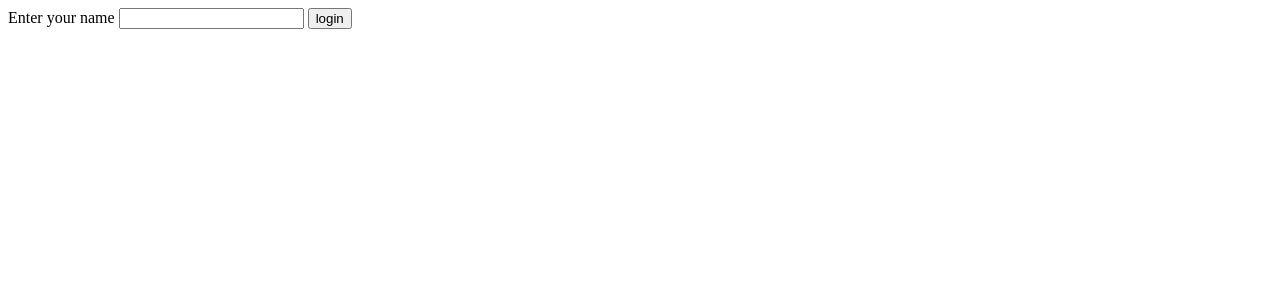
Repository: codelifee/spring-mvc-project
Page: http://localhost/springmvc/
These files come from the project's save history. The page is drawn as it stood at one moment and after the next save; the edit follows.
The browser window is 1280 px wide. The pictures show the whole page.
The page is served by Tomcat 9. Other server files are loaded and not shown.

Above is the page before, as saved 2020-11-12 10:21:24.

### springmvc/src/main/webapp/WEB-INF/views/login.jsp
<%@ page language="java" contentType="text/html; charset=EUC-KR"
    pageEncoding="EUC-KR"%>
<!DOCTYPE html>
<html>
<head>
<meta charset="EUC-KR">
<title>Yahoo from JSP</title>
</head>
<body>
<form action="/login.do" method="post">
Enter your name <input type="text" name="name" /> <input type="submit" value="login"/>
</form>
</body>
</html>

### springmvc/src/main/java/com/codelifee/jee/LoginServlet.java
package com.codelifee;

import java.io.IOException;
import java.io.PrintWriter;

import javax.servlet.ServletException;
import javax.servlet.annotation.WebServlet;
import javax.servlet.http.HttpServlet;
import javax.servlet.http.HttpServletRequest;
import javax.servlet.http.HttpServletResponse;

@WebServlet(urlPatterns = "/login.do")
public class LoginServlet extends HttpServlet{

	  protected void doGet(HttpServletRequest request,
			  HttpServletResponse response)
					  throws ServletException, IOException {

		  request.getRequestDispatcher("/WEB-INF/views/login.jsp").forward(request, response);
	  }

	  protected void doPost(HttpServletRequest request,
			  HttpServletResponse response)
					  throws ServletException, IOException {
		  request.setAttribute("name", request.getParameter("name"));
		  request.getRequestDispatcher("/WEB-INF/views/welcome.jsp").forward(request, response);
	  }


}

After the next save:
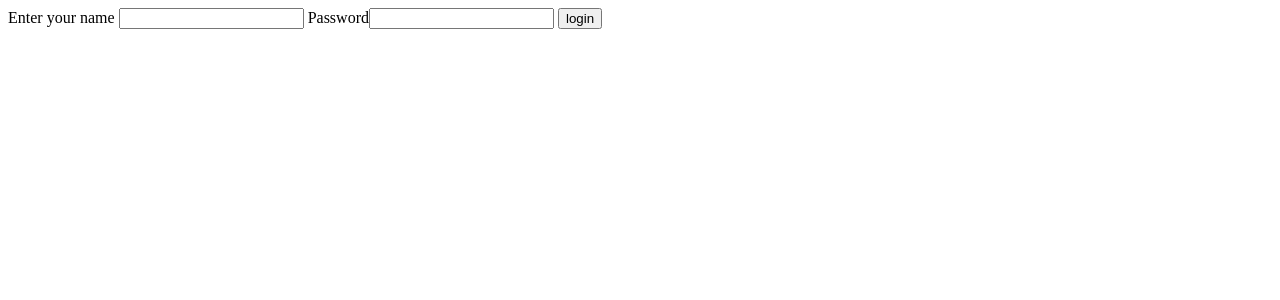
Saved 93 s later.
--- a/springmvc/src/main/webapp/WEB-INF/views/login.jsp
+++ b/springmvc/src/main/webapp/WEB-INF/views/login.jsp
@@ -8,7 +8,7 @@
 </head>
 <body>
 <form action="/login.do" method="post">
-Enter your name <input type="text" name="name" /> <input type="submit" value="login"/>
+Enter your name <input type="text" name="name" /> Password<input type="password" name="name" /> <input type="submit" value="login"/>
 </form>
 </body>
 </html>
